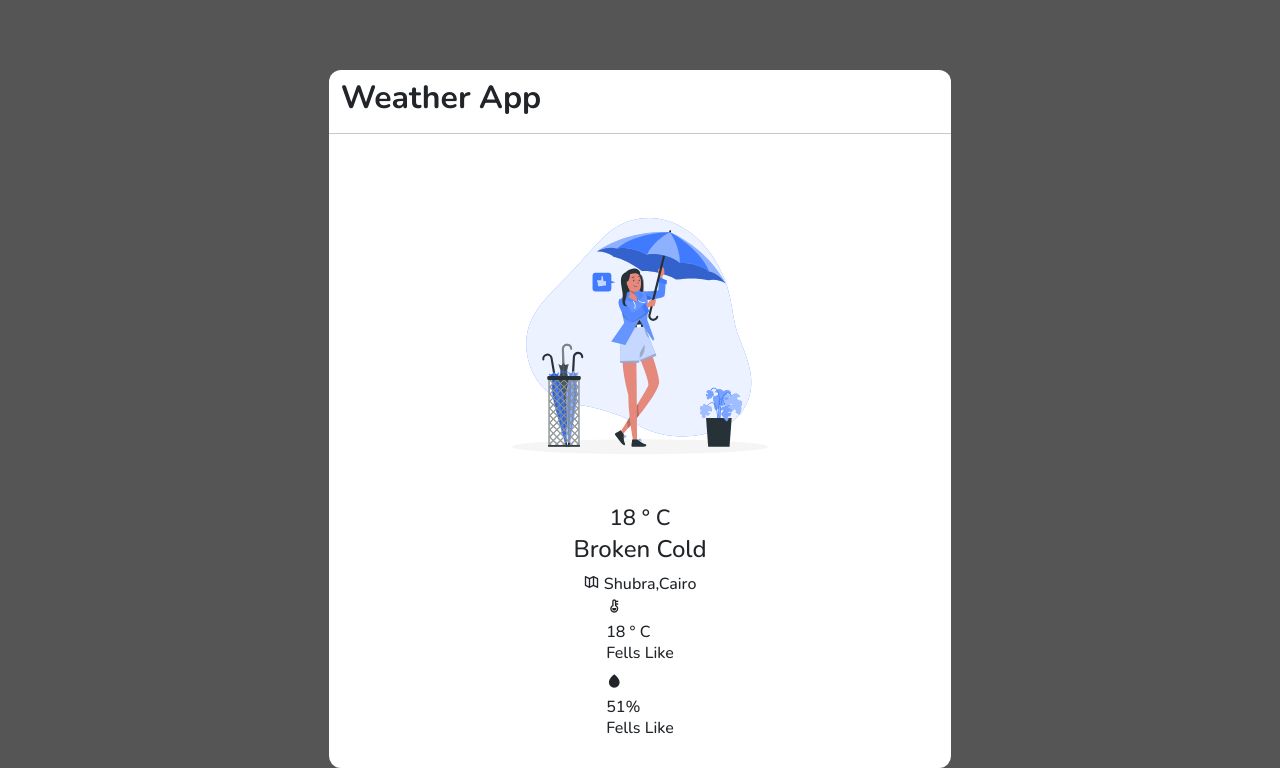
Repository: youssef168/Weather-App
Page: index.htm
An editor plug-in stored every save of this project. The page is shown before and after the next save, followed by the edit.
The browser window is 1280 px wide. The pictures show the whole page.

Above is the page before, as saved 2021-12-28 20:00:17.

After the next save:
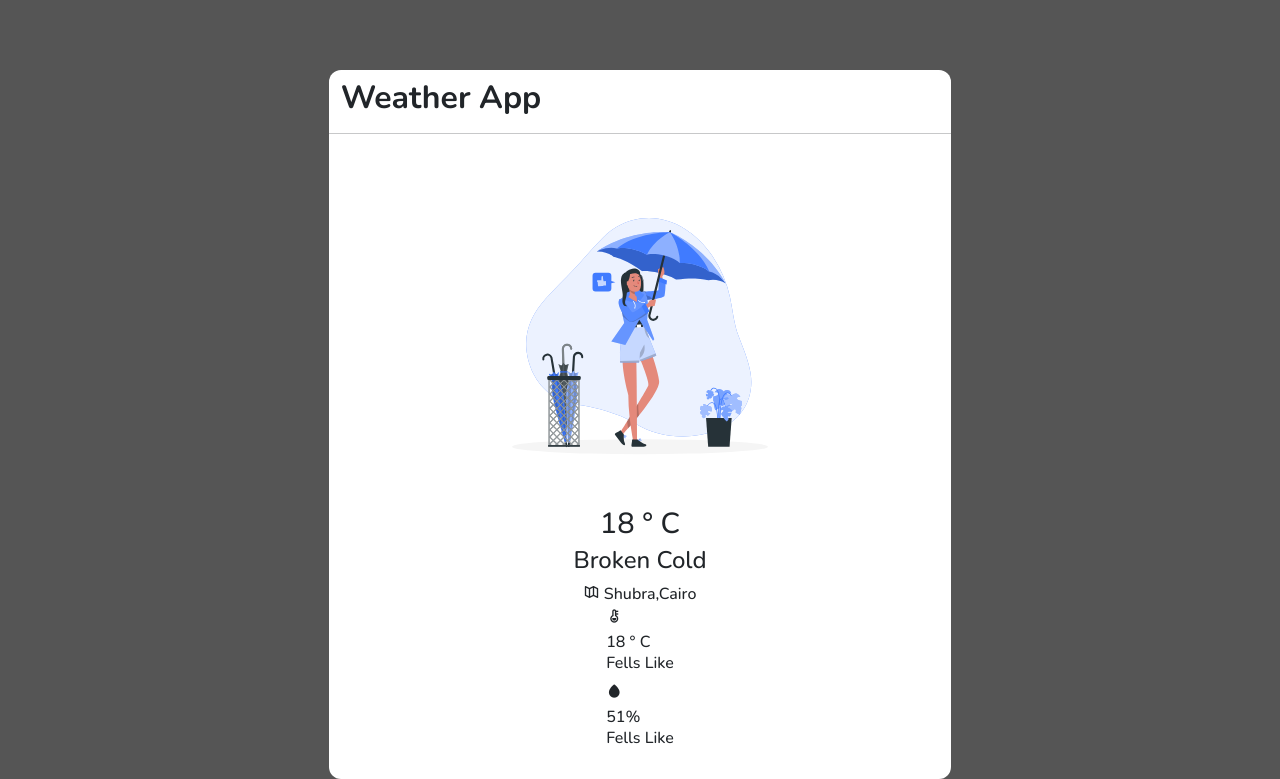
Saved 5 s later.
--- a/style.css
+++ b/style.css
@@ -43,5 +43,5 @@ h2 {
 }
 
 .weather-details {
-    font-size: 22px;
+    font-size: 29px;
 }
